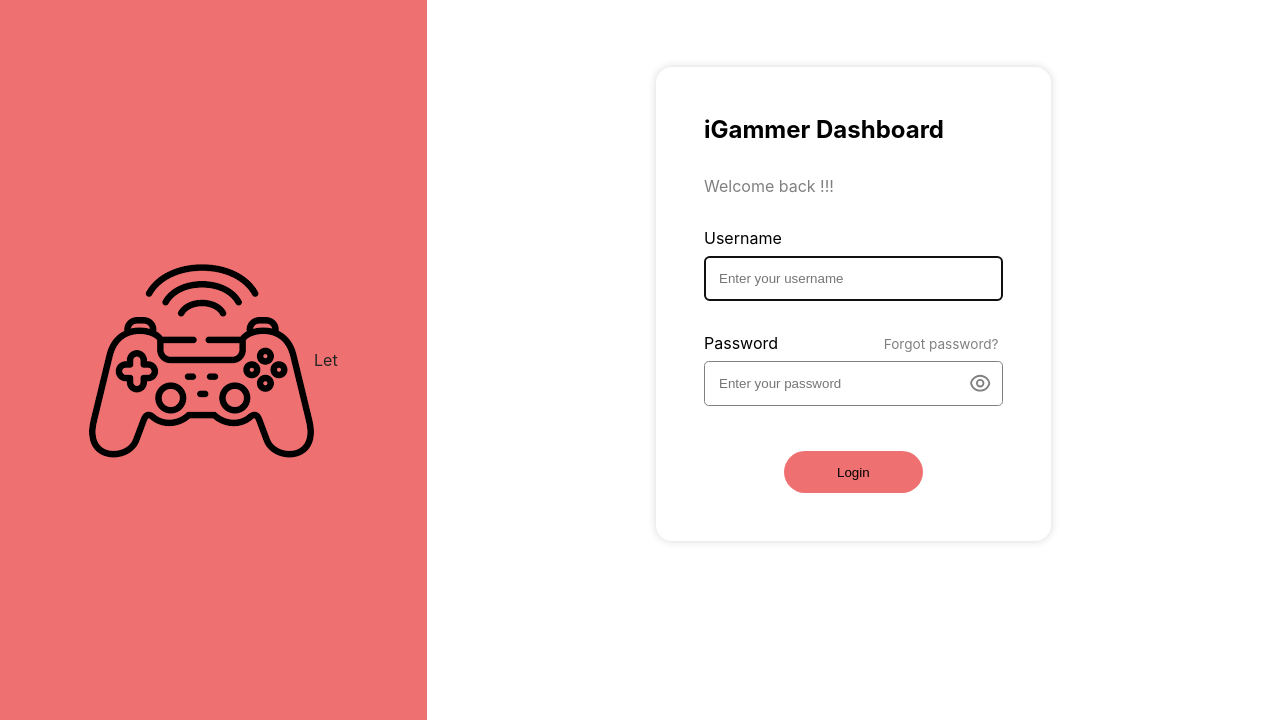
Repository: agwenchez/iGammer-dashboard
Page: /dashboard/orders
An editor plug-in stored every save of this project. The page is shown before and after the next save, followed by the edit.
The browser window is 1280 px wide. The pictures show the whole page.
The page's requests for data from a server got no answer. The project was rebuilt for these pictures with package versions that can differ from the ones it lists, and the page was loaded fresh each time. No one was signed in, and anything a server would have sent is missing. Also part of the build but not shown: vite.config.ts, src/components/DataTable/datatable.module.scss, src/pages/Products/productsData.tsx, src/components/DataTable/MuiTable.tsx, src/components/DataTable/index.tsx, src/components/BreadCrumb/breadcrumb.module.scss, src/components/BreadCrumb/index.tsx, src/pages/Customers/customers.module.scss and 19 more.

Above is the page before, as saved 2023-05-05 12:57:10.

### index.html
<!DOCTYPE html>
<html lang="en">
  <head>
    <meta charset="UTF-8" />
    <!-- <link rel="icon" type="image/svg+xml" href="/vite.svg" /> -->
    <meta name="viewport" content="width=device-width, initial-scale=1.0" />
    <title>iGammer Dashboard</title>
  </head>
  <body>
    <div id="root"></div>
    <script type="module" src="/src/main.tsx"></script>
  </body>
</html>

### src/main.tsx
import React from "react";
import ReactDOM from "react-dom/client";
import "./index.scss";
import App from "./App";
import { Provider } from "react-redux";
import store, { persistor }  from "./app/store";
import { PersistGate } from "redux-persist/integration/react";
import { ToastContainer, toast } from 'react-toastify';
import 'react-toastify/dist/ReactToastify.css';

const root = ReactDOM.createRoot(
  document.getElementById("root") as HTMLElement
);
root.render(
  <React.StrictMode>
    <Provider store={store}>
      <ToastContainer/>
      <PersistGate loading={null} persistor={persistor}>
        <App />
      </PersistGate>
    </Provider>
  </React.StrictMode>
);

### src/index.scss
// @use './authlayout.module.scss';
// @use './login.module.scss';
// @use './sidebar.module.scss';
// @use './styles/variables';

:root {
  font-family: Inter, Avenir, Helvetica, Arial, sans-serif;
  box-sizing: border-box;

  color-scheme: light dark;
  color: #242424;
  background-color: white;
  overflow-x: scroll;

  font-synthesis: none;
  text-rendering: optimizeLegibility;
  -webkit-font-smoothing: antialiased;
  -moz-osx-font-smoothing: grayscale;
  -webkit-text-size-adjust: 100%;
}

body {
  margin: 0;
  min-width: 320px;
  min-height: 100vh;
}


/* @media (prefers-color-scheme: light) {
  :root {
    color: #213547;
    background-color: #ffffff;
  }
  a:hover {
    color: #747bff;
  }
  button {
    background-color: #f9f9f9;
  }
} */

### src/App.tsx
import {
  createRoutesFromElements,
  RouterProvider,
  createBrowserRouter,
  Route,
} from "react-router-dom";
import AuthLayout from "./components/Layouts/AuthLayout/AuthLayout";
import Login from "./components/Auth/Login/Login";
import Customers from "./pages/Customers/Customers";
import Dashboard from "./pages/Dashboard/Dashboard";
import Offers from "./pages/Hot Offers/Offers";
import Orders from "./pages/Orders/Orders";
import Products from "./pages/Products/Products";
import Statistics from "./pages/Statistics/Statistics";
import Transactions from "./pages/Transactions/Transactions";
import RootErrorBoundary from "./pages/error-page";
import NewProduct from "./pages/Products/New Product/NewProduct";
import PrivateOutlet from "./utils/PrivateOutlet";
import DashboardLayout from "./components/Layouts/DashboardLayout/DashboardLayout";

const router = createBrowserRouter(
  createRoutesFromElements(
    <Route>
      {/* Public routes */}
      <Route path="/" element={<AuthLayout />} errorElement={<RootErrorBoundary/>}>
        <Route index element={<Login />} />
        <Route path="/login" element={<Login />} />
      </Route>

      {/* Protected routes */}
      <Route element={<PrivateOutlet />}>
      <Route path="/dashboard" element={<DashboardLayout />}>
        <Route index element={<Dashboard />} />
        <Route path="products">
          <Route index element={<Products />} />
          <Route path="product/add_new" element={<NewProduct />} />
        </Route>
        <Route path="orders" element={<Orders />} />
        <Route path="transactions" element={<Transactions />} />
        <Route path="statistics" element={<Statistics />} />
        <Route path="offers" element={<Offers />} />
        <Route path="customers" element={<Customers />} >
          <Route path="customer/add_new" element={<Customers />} />
        </Route>
      </Route>

      </Route>
    </Route>

  )
);

function App() {
  return <RouterProvider router={router} />;
}

export default App;

### src/app/store.ts
import { configureStore } from "@reduxjs/toolkit";
import { useDispatch } from "react-redux";
import { TypedUseSelectorHook, useSelector } from "react-redux";
import {
  persistStore,
  persistReducer,
  FLUSH,
  REHYDRATE,
  PAUSE,
  PERSIST,
  PURGE,
  REGISTER,
} from "redux-persist";

import storage from "redux-persist/lib/storage";
import { authApi, productsApi } from "./services";
import { setupListeners } from "@reduxjs/toolkit/query";
import { loadState } from "./localStorage";
import rootReducer, { RootState } from "./rootReducer";

const persistedState = loadState();

const persistConfig = {
  key: "root",
  storage,
  // whitelist: ['auth'],
};

const persistedReducer = persistReducer(persistConfig, rootReducer);

const store = configureStore({
  reducer: persistedReducer,
  preloadedState: persistedState,
  devTools: process.env.NODE_ENV !== "production",
  middleware: (getDefaultMiddleware) =>
    getDefaultMiddleware({
      serializableCheck: {
        ignoredActions: [FLUSH, REHYDRATE, PAUSE, PERSIST, PURGE, REGISTER],
      },
    }).concat(authApi.middleware, productsApi.middleware),
});

export const persistor = persistStore(store);

export type AppDispatch = typeof store.dispatch;
export const useAppDispatch = () => useDispatch<AppDispatch>();
export const useAppSelector: TypedUseSelectorHook<RootState> = useSelector;

setupListeners(store.dispatch);
export default store;

### src/components/Layouts/AuthLayout/AuthLayout.tsx
import { Outlet } from "react-router-dom";
import styles from "./authlayout.module.scss";
const AuthLayout = () => {
    return (
      <>
        <div className={styles.auth_container}>
          <div className={styles.left_container}>
            {/* <div className={styles.bg_color}></div> */}
            <img src="/assets/images/game.png" alt="" />
            <p>Let</p>
          </div>
          <div className={styles.right_container}>
            <Outlet/>
          </div>
        </div>
      </>
    );
  };

  export default AuthLayout;

### src/components/Auth/Login/Login.tsx
import React, { useState } from "react";
import { RiEyeLine, RiEyeOffFill } from "react-icons/ri";
import { useNavigate } from "react-router-dom";
import { LoginDto } from "../../../@types";

// import { toast, ToastContainer } from 'react-toastify';
import styles from "./login.module.scss";
import { setCredentials } from "../../../features/auth/authSlice";
import { useLoginMutation } from "../../../app/services";
import { useAppDispatch } from "../../../app/store";
import { toast } from "react-toastify";

const Login = () => {
  const navigate = useNavigate();
  const dispatch = useAppDispatch();
  const [login, { isLoading }] = useLoginMutation();
  const [formData, setFormData] = useState<LoginDto>({
    username: "",
    password: "",
  });
  const [togglePassword, setTogglePassword] = useState(false);
  const [emailErrorMessage, setEmailErrorMessage] = useState("");
  const [passwordErrorMessage, setPasswordErrorMessage] = useState("");

  const onSubmitHandler = async (event: React.FormEvent<HTMLFormElement>) => {
    event.preventDefault();
    try {
      const response = await login(formData).unwrap();
      console.log("User", response)
      const { data , status } = response;
      if (status && data) {
        console.log("role", data.role)
        // if(data.role === "user"){
        //   toast.error("Not authorized for users")
        //   return
        // }
        dispatch(setCredentials({ data }));
        toast.success("You have logged in successfully");
        navigate("/dashboard", { replace: true });
        // setTimeout(() => {
        // }, 200);
      }
    } catch (error) {
      // @ts-ignore
      const { data } = error;
      console.log("Error occured", data.message);
      error && toast.error(`${data.message}`);
    }
  };

  const handleEmailChange = (e: React.ChangeEvent<HTMLInputElement>) => {
    const value = e.target.value;
    setFormData({ ...formData, username: value });
  };

  const handlePasswordChange = (e: React.ChangeEvent<HTMLInputElement>) => {
    setFormData((prevState) => ({
      ...prevState,
      password: e.target.value,
    }));
    const value = e.target.value;
    if (value.length > 8) {
      setPasswordErrorMessage("Password shouldbe minimum of 8 characters");
    }
  };

  return (
    <>
      <form className={styles.login_form} onSubmit={onSubmitHandler}>
        <h2>iGammer Dashboard</h2>
        <p>Welcome back !!!</p>
        {/* <h2>SIGN IN</h2> */}
        <div className={styles.input_group}>
          <label htmlFor="email">Username</label>
          <input
            type="text"
            name="username"
            id="email"
            required
            // aria-invalid
            placeholder="Enter your username"
            onChange={handleEmailChange}
            value={formData.username}
            autoFocus
            autoComplete="off"
          />
          {/* {emailErrorMessage ? (
            <p className={styles.error_message}>{emailErrorMessage}</p>
          ) : null} */}
        </div>
        <div className={styles.input_group}>
          <label htmlFor="password">Password</label>
          <p>Forgot password?</p>
          {togglePassword ? (
            <RiEyeOffFill
              className={styles.password_visible_icon}
              onClick={() => setTogglePassword(false)}
            />
          ) : (
            <RiEyeLine
              className={styles.password_visible_icon}
              onClick={() => setTogglePassword(true)}
            />
          )}
          <input
            type={togglePassword ? "text" : "password"}
            name="password"
            id="password"
            placeholder="Enter your password"
            onChange={handlePasswordChange}
            value={formData.password}
            required
          />
          {/* {formData.password ? (
            <p className={styles.error_message}>{passwordErrorMessage}</p>
          ) : null} */}
        </div>
        <button type="submit" className={styles.submit_button}>
          Login
          {/* <ArrowRightIcon className={styles.icon} /> */}
        </button>
      </form>
      {/* <ToastContainer/> */}
    </>
  );
};

export default Login;

### src/utils/PrivateOutlet.tsx
import { Navigate, Outlet, useLocation } from 'react-router-dom'
import { useAuth } from '../hooks/useAuth'

const PrivateOutlet =()=> {
  const auth = useAuth()
  const location = useLocation()

  return auth.user ? (
    <Outlet />
  ) : (
    <Navigate to="/login" state={{ from: location,}} replace={true} />
  )
}


export default PrivateOutlet

### src/app/services/index.ts
export * from './authApi'
export * from './productsApi'

### src/app/localStorage.ts
export const loadState = () => {
  try {
    const serializedState = localStorage.getItem("state");
    if (serializedState === null) {
      return undefined;
    }
    return JSON.parse(serializedState);
  } catch (err) {
    return undefined;
  }
};

### src/app/rootReducer.ts
import { combineReducers } from "@reduxjs/toolkit";
import authReducer from "../features/auth/authSlice";
import { authApi, productsApi } from "./services";
import productsReducer from './services/productsApi'

const rootReducer = combineReducers({
  auth: authReducer,
  products: productsReducer,
  [authApi.reducerPath]: authApi.reducer,
  [productsApi.reducerPath] : productsApi.reducer
});

export type RootState = ReturnType<typeof rootReducer>;

export default rootReducer;

### src/components/Layouts/AuthLayout/authlayout.module.scss
.auth_container {
    display: flex;
    flex-direction: row;
    min-height: 100vh;
  }

  .left_container {
    background-color: rgb(238,112,112);
    flex: 1;
    display: flex;
    justify-content: center;
    align-items: center;
    position: relative;

  }

  .left_container > img {
    max-width: 20em;
    display: block;
  }
  .right_container {
    display: flex;
    flex-direction: column;
    align-items: center;
    justify-content: center;
    flex: 2;
    color: black;
  }

  // mobile to landscape
@media only screen and (max-width: 540px) {
    .auth_container {
      flex-direction: column;
    }
    .left_container {
      flex: 1;
    }
    .right_container {
      flex: 1;
    }
    .left_container > img {
      max-width: 10em;
    }
  }

  @media only screen and (min-width: 541px) and (max-width: 920px){
      .left_container > img {
          max-width: 14em;
        }
  }

//   @media only screen and (min-width: 921px) and (max-width: 1280) {
//   }
  // Extra large screens
  @media only screen and (min-width: 1281px) {
      .left_container > img {
        max-width: 27em;
      }
  }

### src/components/Auth/Login/login.module.scss
// @use '../../../styles/variables';

.login_form {
  min-width: 35%;
  padding: 3em;
  display: flex;
  flex-direction: column;
  gap: 2em;
  // flex:1;
  margin-top: -7em;
  border-radius: 1em;
  // min-height: 10em;
  box-shadow: 0 0 8px rgba(0, 0, 0, 0.16);
  //   box-shadow: 8px 8px 0px 1px rgba(151,142,142,0.2);
}
.login_form > p {
  color: gray;
  margin: 0;
}

.input_group {
  display: grid;
  gap: 0.5em;
  position: relative;
  // border: 1px solid red;

  input {
    // max-width: 100%;
    padding: 1.05em;
    border-radius: 0.35em;
    border: 1px solid gray;
    background-color: transparent;
    color: black;

    // &:focus{
    //   border: 1px solid red;
    // }
  }

  input:-internal-autofill-selected {
    background-color: transparent !important;
    color: black !important;
  }

}

// .input_group > input:autofill {
//   background-color: transparent !important;
//   color: black !important;
// }
// .input_group > input:-webkit-autofill {
//   background-color: transparent;
//   color: black;
// }
.login_form > h2,
p {
  margin: 0;
}
.input_group > p:nth-of-type(1) {
  position: absolute;
  right: 0.3em;
  bottom: 4em;
  color: gray;
  font-size: 0.85em;
  cursor: pointer;
}
.input_group > p:nth-of-type(2) {
  position: absolute;
  color: red ;
  bottom: -1.5em;
  font-size: .9em;
}

.error_message{
  //  border: 1px solid red;
   bottom: -1.5em !important;
   left: 0;
   color: red !important;
   font-size: .9em !important;
}
.password_visible_icon {
  position: absolute;
  right: 0.5em;
  bottom: 0.5em;
  font-size: 1.4em;
  color: gray;
  cursor: pointer;
}
.submit_button {
  padding: 1em;
  padding-left: 4em;
  padding-right: 4em;
  align-self: center;
  border-radius: 2em;
  background-color: rgb(238,112,112);
  border: none;
  cursor: pointer;
  margin-top: 1em;
  position: relative;
}
.submit_button:hover {
  background-color: white;
  color: rgb(238,112,112);
  border: 1px solid rgb(238,112,112);
}
.icon {
  color: white;
  max-width: 1.5em;
  position: absolute;
  top: 0.8em;
  right: 1.5em;
}

.icon:hover {
  color: rgb(238,112,112);
}

// mobile to landscape
@media only screen and (max-width: 540px) {
  .input_group > p {
    top: 0;
  }
  .login_form {
    min-width: 68%;
    margin-top: 2em;
  }
  .login_form > h2 {
    margin: 0;
  }
}

@media only screen and (min-width: 541px) and (max-width: 920px) {
  .login_form {
    min-width: 60%;
  }
}

@media only screen and (min-width: 921px) and (max-width: 1280) {
  .login_form {
    margin: 0;
    // min-width: 35%;
  }
}
// Extra large screens
@media only screen and (min-width: 1281px) {
  .login_form {
    margin: 0;
    min-width: 33%;
  }
  .submit_button {
    margin-top: 5em;
  }
}

### src/features/auth/authSlice.ts
import { PayloadAction, createSlice } from "@reduxjs/toolkit";
import { AuthState, User } from "../../@types";
import { RootState } from "../../app/rootReducer";

const authSlice = createSlice({
  name: "auth",
  initialState: {
    user: null,
  } as AuthState,

  reducers: {
    setCredentials: (
      state,
      {
        payload: { data },
      }: PayloadAction<{ data: User }>
    ) => {
      state.user = data
    },
    logout: (state) => {
      state.user = null;
    },
  },
});

export const { setCredentials, logout } = authSlice.actions;
export default authSlice.reducer;
export const selectCurrentUser = (state: RootState) => state.auth.user
export const selectCurrentToken = (state: RootState) => state.auth.user?.accessToken;

### src/pages/Dashboard/Card/cardsData.tsx
import { BsPuzzleFill} from "react-icons/bs";
import { IoLogoGameControllerB } from "react-icons/io";
import { BiGame } from "react-icons/bi";
import { IoCheckmarkDoneSharp } from "react-icons/io5";

export const cardsData = [
    {title:"Games completed", metrics: '1,305', icon: <IoCheckmarkDoneSharp/>},
    {title:"Total Games Played", metrics: '2,948',icon: <IoLogoGameControllerB/>},
    {title:"Total Pending Games", metrics: '182,059',icon: <BiGame/>},
    {title:"New Games", metrics: '58', icon: <BsPuzzleFill/> }
]

### src/hooks/useAuth.ts
import { useSelector } from "react-redux";
import { selectCurrentToken, selectCurrentUser } from "../features/auth/authSlice";
import { useMemo } from "react";

export const useAuth = () => {
  const user = useSelector(selectCurrentUser);
  const token = useSelector(selectCurrentToken);
  // console.log("Token", token)
  return useMemo(() => ({ user }), [user]);
};

### src/app/services/authApi.ts
import { createApi, fetchBaseQuery } from '@reduxjs/toolkit/query/react'
// import { LoginRequest, LoginResponse, AuthUser, SignupResponse, SignupRequest } from "../../@types";
import { RootState } from '../rootReducer';
import { LoginRequest, LoginResponse, SignupRequest, SignupResponse } from '../../@types';
const BASE_URL = import.meta.env.VITE_BASE_URL

export const authApi = createApi({
  reducerPath:'authApi',
  baseQuery: fetchBaseQuery({
    baseUrl: BASE_URL,
    prepareHeaders: (headers, { getState }) => {
      // By default, if we have a token in the store, let's use that for authenticated requests
      const token = (getState() as RootState).auth.access_token
      if (token) {
        headers.set('authorization', `Bearer ${token}`)
      }
      return headers
    },
  }),
  endpoints: (builder) => ({
    login: builder.mutation<LoginResponse, LoginRequest>({
      query: (credentials) => ({
        url: 'auth/login',
        method: 'POST',
        body: credentials,
      }),
    }),
    // signup: builder.mutation<SignupResponse, SignupRequest>({
    //   query: (body) => ({
    //     url: 'auth/signup',
    //     method: 'POST',
    //     body
    //   }),
    // }),
  }),
})

export const { useLoginMutation } = authApi

### src/app/services/productsApi.ts
import { createApi, fetchBaseQuery } from '@reduxjs/toolkit/query/react';
import { RootState } from '../rootReducer';
import { addNewProductFields } from '../../@types';

interface Product {
  id: string;
  name: string;
  description: string;
  price: number;
}


export const productsApi = createApi({
  reducerPath: 'productsApi',
  baseQuery: fetchBaseQuery({
    baseUrl: 'https://api.example.com',
    prepareHeaders: (headers, { getState }) => {
        // retrieve token from redux store
        const token = (getState() as RootState).auth.access_token;
        // console.log("Token from redux store", token);
        // if it exists, add it to the request headers
        if (token) {
          headers.set("authorization", `Bearer ${token}`);
        }
        return headers;
      },
}),
  endpoints: (builder) => ({
    getAllProducts: builder.query<Product[], void>({
      query: () => '/products',
    }),
    addNewProduct: builder.mutation<{id: string}, addNewProductFields>({
      query: (body) => ({
        url: '/products/new_product',
        method: 'POST',
        body
      }),
    }),
    uploadImage: builder.mutation<void, FormData>({
      query: (formData) => ({
        url: '/images/upload-single',
        method: 'POST',
        body: formData,
      }),
    }),
  }),
});

export const { useGetAllProductsQuery, useAddNewProductMutation, useUploadImageMutation } = productsApi;
export default productsApi.reducer;

After the next save:
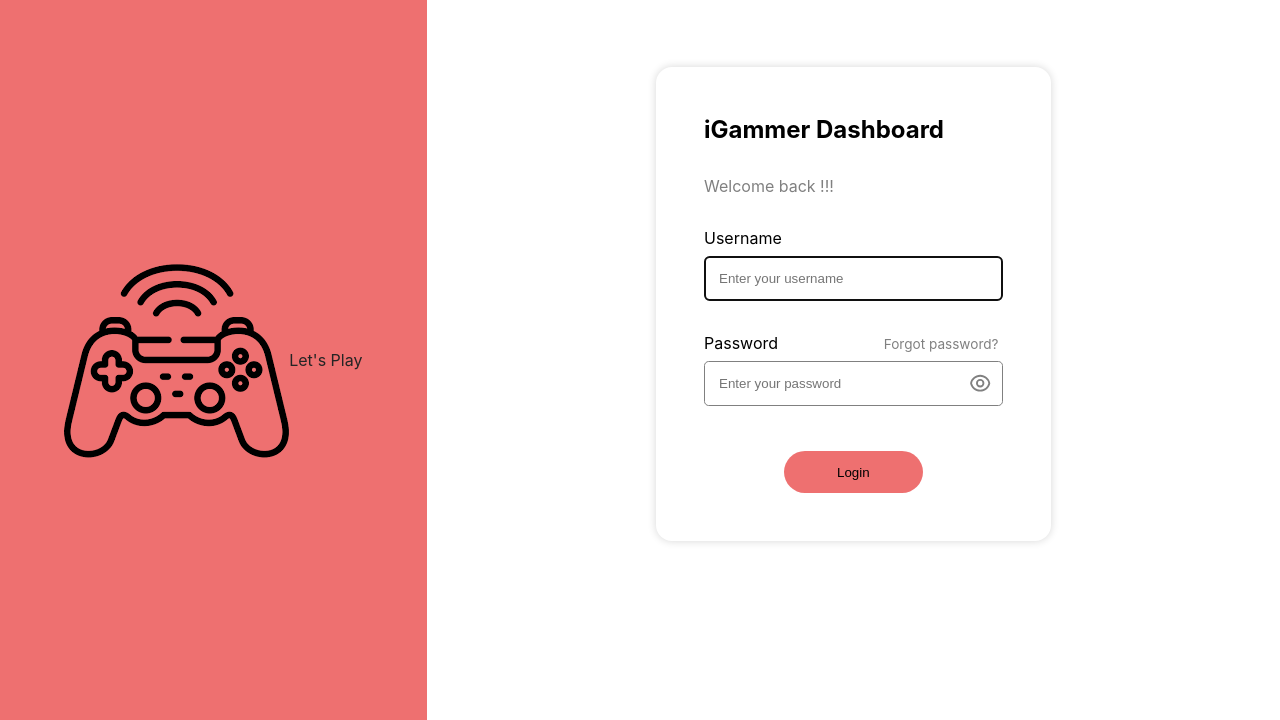
Saved 4 s later.
--- a/src/components/Layouts/AuthLayout/AuthLayout.tsx
+++ b/src/components/Layouts/AuthLayout/AuthLayout.tsx
@@ -7,7 +7,7 @@ const AuthLayout = () => {
           <div className={styles.left_container}>
             {/* <div className={styles.bg_color}></div> */}
             <img src="/assets/images/game.png" alt="" />
-            <p>Let</p>
+            <p>Let's Play</p>
           </div>
           <div className={styles.right_container}>
             <Outlet/>
